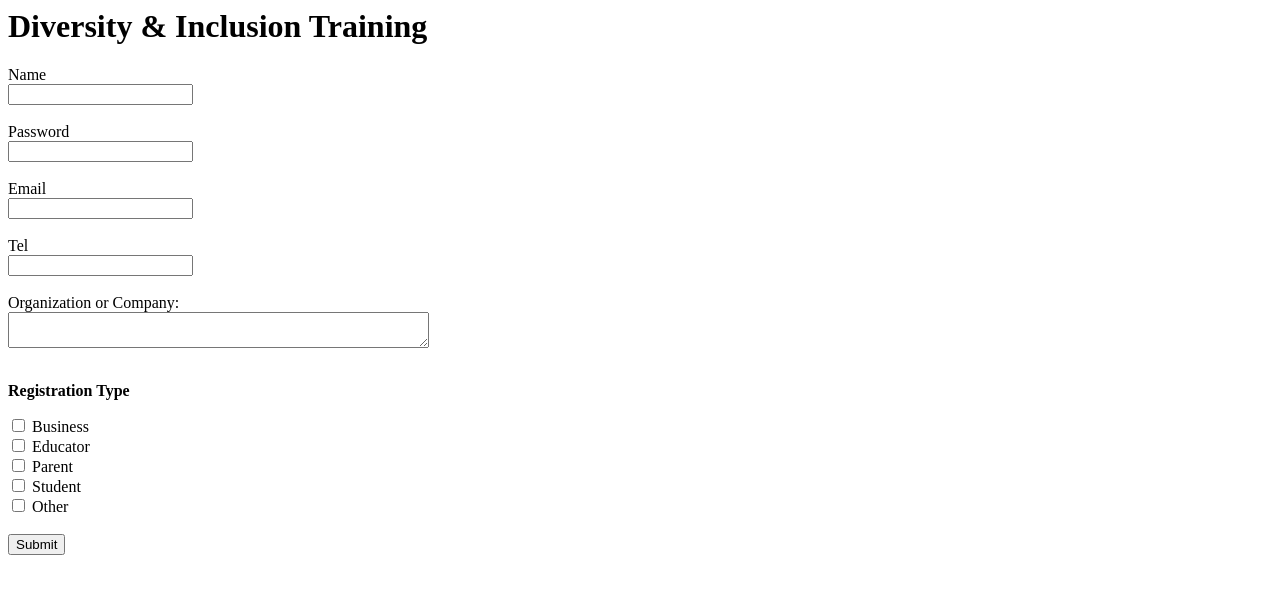
Repository: wafaa399/webDesigner-Tasks-wafaa-ahmed
Page: index.html
These files come from the project's save history. The page is drawn as it stood at one moment and after the next save; the edit follows.
The browser window is 1280 px wide. The pictures show the whole page.

Above is the page before, as saved 2026-07-13 22:44:31.

After the next save:
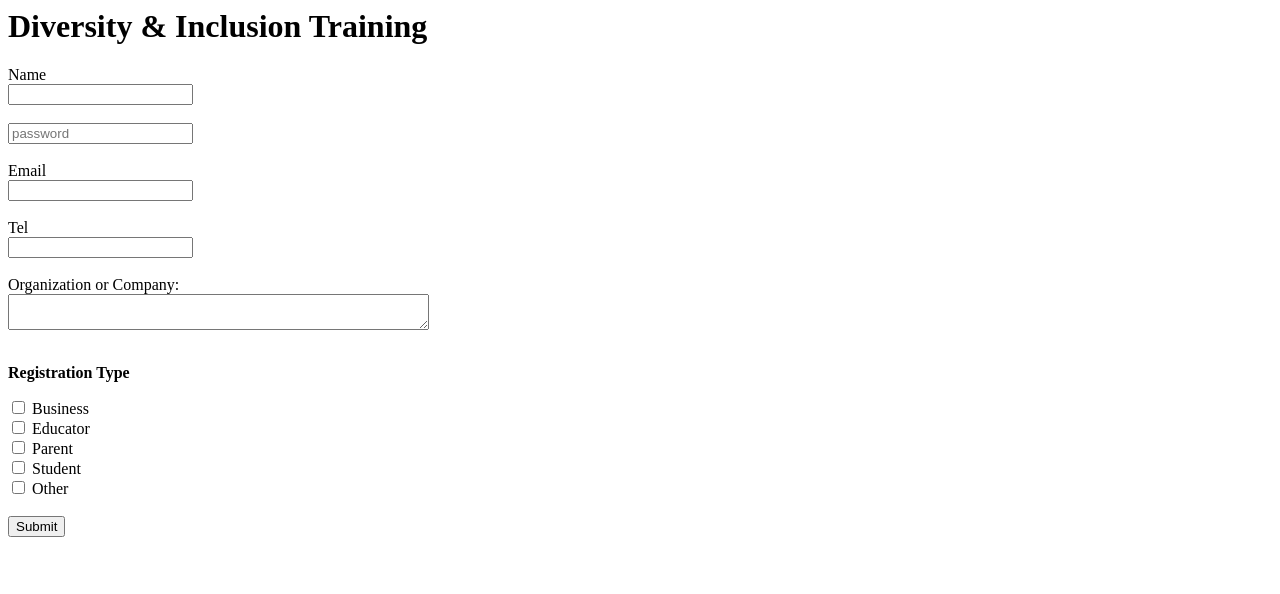
Saved 2 min 48 s later.
--- a/index.html
+++ b/index.html
@@ -18,8 +18,7 @@
       <input type="text" id="name" name="name" required />
       <br /><br />
 
-      <label for="password">Password</label><br />
-      <input type="password" id="password" name="password" required />
+      <input type="password" placeholder="password" name="password" required />
       <br /><br />
 
       <label for="email">Email</label><br />
